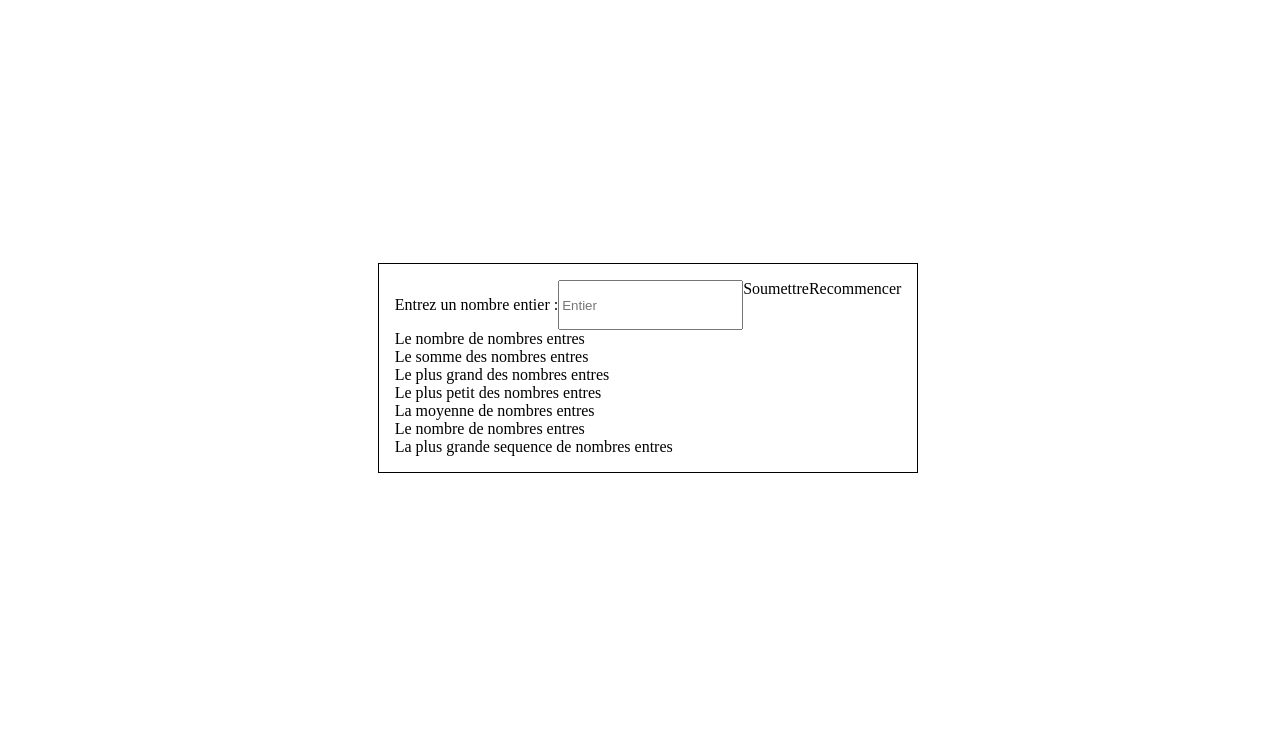
Repository: Thomas088/asbl-proforma
Page: exercices/js/ex-01/index.html
An editor plug-in stored every save of this project. The page is shown before and after the next save, followed by the edit.
The browser window is 1280 px wide. The page is 1288 px wide, so the pictures cover 1288 px, including what lies to the right of the window. The pictures show the whole page.

Above is the page before, as saved 2020-03-20 01:47:40.

### exercices/js/ex-01/index.html
<!DOCTYPE html>
<html lang="en">
<head>
    <meta charset="UTF-8">
    <meta name="viewport" content="width=device-width, initial-scale=1.0">
    <link rel="stylesheet" href="./style.css">
    <title>Numbers</title>
</head>
<body>

    <div class="tableau">
        <div class="entry-user">
            <p>Entrez un nombre entier :</p>
            <input type="number" name="entry" class="user-entry" placeholder="Entier">
            <div class="submit-number">Soumettre</div>
            <div class="restart">Recommencer</div>
        </div>

        <div class="total-entries">
            <span>Le nombre de nombres entres</span>
            <div class="result"></div>
        </div>

        <div class="sum-entries">
            <span>Le somme des nombres entres</span>
            <div class="sum-entries-result"></div>
        </div>

        <div class="max-entries">
            <span>Le plus grand des nombres entres</span>
            <div class="max-entries-result"></div>
        </div>

        <div class="min-entries">
            <span>Le plus petit des nombres entres</span>
            <div class="result"></div>
        </div>

        <div class="avarage-entries">
            <span>La moyenne de nombres entres</span>
            <div class="min-entries-result"></div>
        </div>

        <div class="list-of-entries">
            <span>Le nombre de nombres entres</span>
            <div class="list-of-entries-result"></div>
        </div>

        <div class="sequence-entries">
            <span>La plus grande sequence de nombres entres</span>
            <div class="sequence-entriesresult"></div>
        </div>

    </div>

    <script src="./index.js"></script>
</body>
</html>

### exercices/js/ex-01/style.css
body {
    width: 100vw;
    height: 100vh;
    display: flex;
    justify-content: center;
    align-items: center;
}

.tableau {
    border: 1px solid #000;
    padding: 1em;
}

.entry-user {
    display: flex;

}

### exercices/js/ex-01/index.js
window.addEventListener("DOMContentLoaded", function () {



})

After the next save:
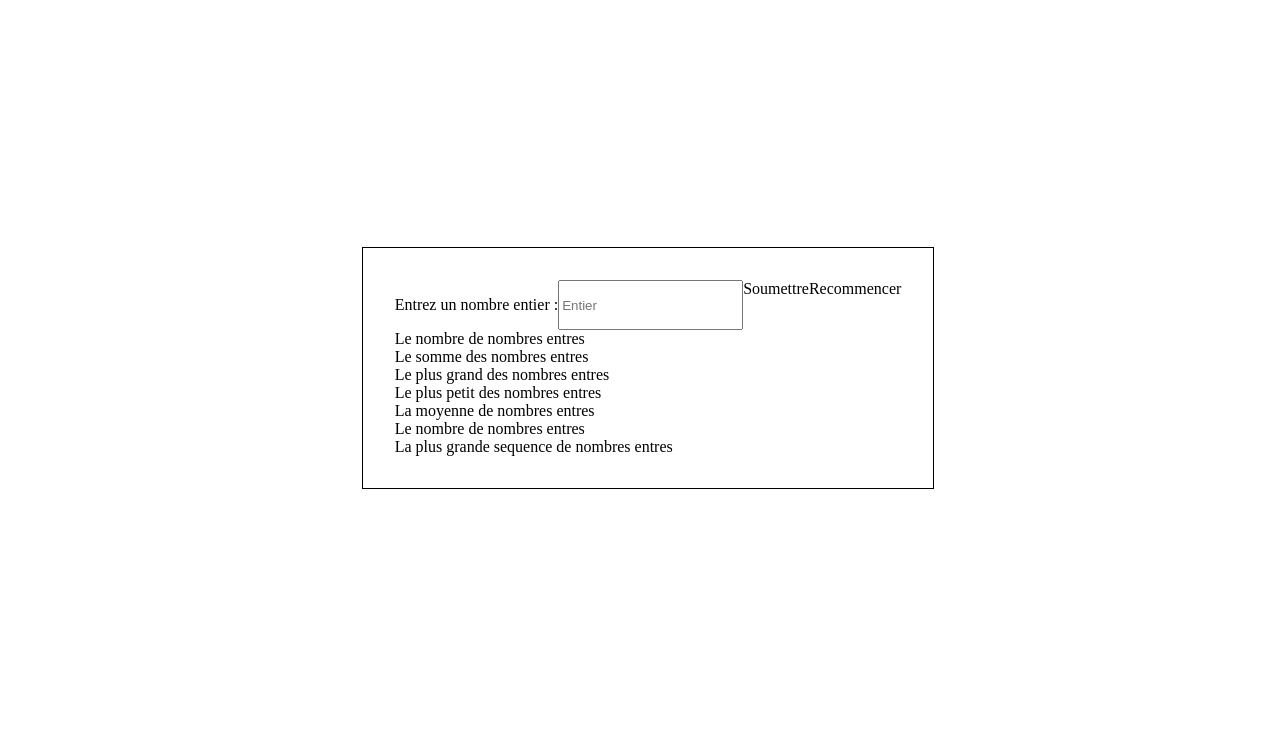
Saved 8 s later.
--- a/exercices/js/ex-01/style.css
+++ b/exercices/js/ex-01/style.css
@@ -8,7 +8,7 @@ body {
 
 .tableau {
     border: 1px solid #000;
-    padding: 1em;
+    padding: 2em;
 }
 
 .entry-user {
